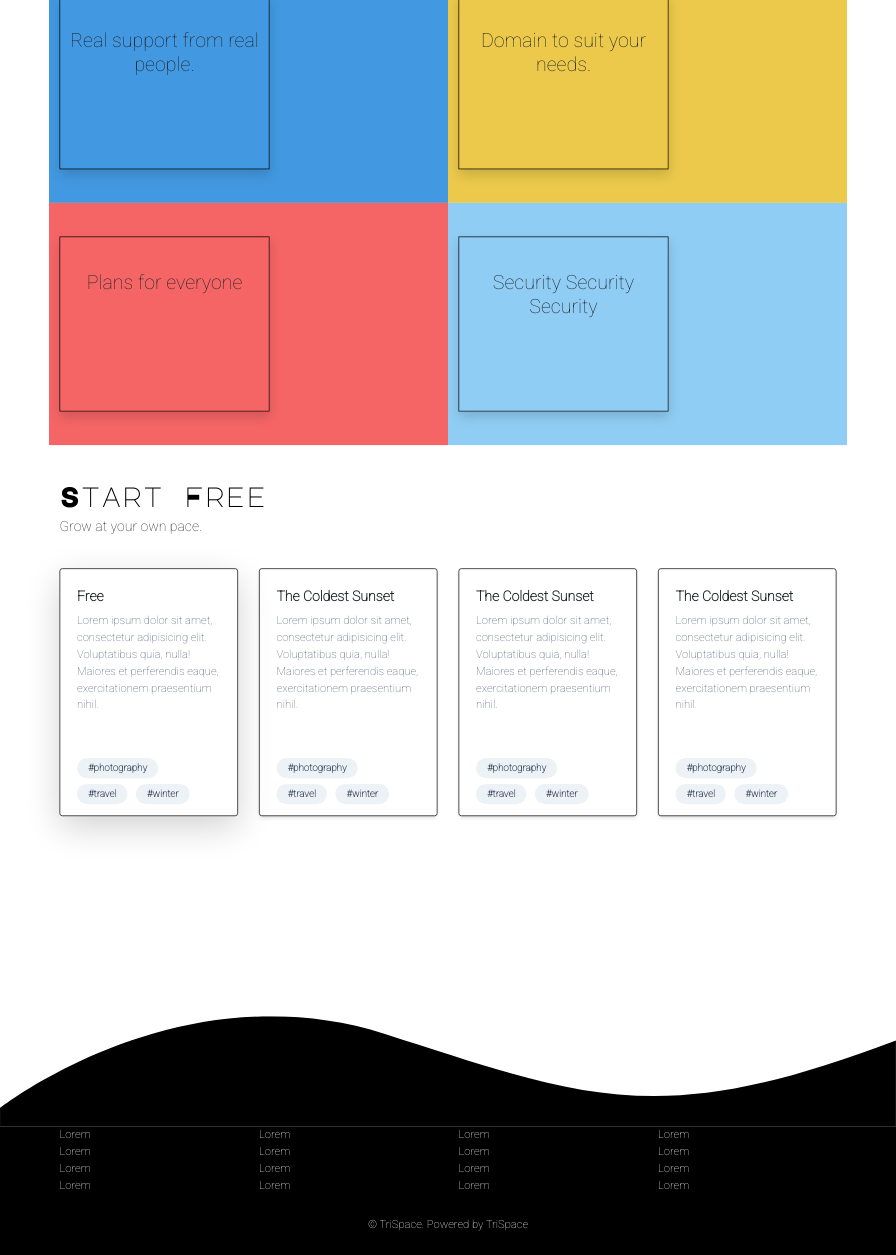
Repository: latenightsnacc/TriSpace
Page: home.html
These files come from the project's save history. The page is drawn as it stood at one moment and after the next save; the edit follows.
The browser window is 1280 px wide. The pictures show the part of the page from y = 3437 to 5357 px (the page is 5230 px tall before and 5357 px after), at 70% of full size.
The style sheet was rebuilt from its Sass, Less or Tailwind sources for each picture, by a compiler version that may differ from the author's.

Above is the page before, as saved 2020-11-20 10:12:26.

### home.html
<!DOCTYPE html>
<html lang="en">
<head>
    <meta charset="UTF-8">
    <meta name="viewport" content="width=device-width, initial-scale=1.0">
    <!--Tailwind CDN-->
    <link rel="stylesheet" href="https://cdnjs.cloudflare.com/ajax/libs/tailwindcss/1.9.6/base.min.css" integrity="sha512-hEjkvMSM0ql6VJcNK0gTmjt9ar8F2yHeBUbJKtyvQhkkbGMhiJ4+MaiB8XxsthLAHJx5vy2I9dN0un8HiWG2LA==" crossorigin="anonymous" />
    <link rel="stylesheet" href="https://cdnjs.cloudflare.com/ajax/libs/tailwindcss/1.9.6/components.min.css" integrity="sha512-TizAONqhvXjEfRPhptSUkZNVU497PzAnXNGNUoeOjeni4dHpJ+ak+ZsyoGna20LH/yg1PvdufN1VbnVQeVDftg==" crossorigin="anonymous" />
    <link rel="stylesheet" href="https://cdnjs.cloudflare.com/ajax/libs/tailwindcss/1.9.6/tailwind.css" integrity="sha512-HY1FOTeAX9idUBWDhVDrBg8QUHBisKVQ4BCVj1jFo5z76mk87w4Rr5YGP8nBkcGmoMzqYvdeXHMOg/olF45z3g==" crossorigin="anonymous" />
    <link rel="stylesheet" href="https://cdnjs.cloudflare.com/ajax/libs/tailwindcss/1.9.6/utilities.min.css" integrity="sha512-0QJfuLKyYJWGB5hKArJW67xqMLDlR8YaLM/ZuW2mRn4NRwHNsGm7UuREc5Fu7jONHyewPKnGODY0N8G+FQbfxg==" crossorigin="anonymous" />
    <!--Bootstrap CDN-->
    <link rel="stylesheet" href="https://cdn.jsdelivr.net/npm/bootstrap@4.5.3/dist/css/bootstrap.min.css" integrity="sha384-TX8t27EcRE3e/ihU7zmQxVncDAy5uIKz4rEkgIXeMed4M0jlfIDPvg6uqKI2xXr2" crossorigin="anonymous">
    <!--Custom Stylesheet-->
    <link rel="stylesheet" href="styles/stylesheet.css">
    <!--Favicon-->
    <link rel="shortcut icon" href="assets/Logo/TriSpaceIcon.png" type="image/x-icon">
    <title>Home</title>
</head>
<body>
    <!--Wrapper-->
    <div class="wrapper mx-auto">
        <!--Navbar-->
        <nav class="navbar navbar-expand-lg navbar-light fixed-top p-3 mb-5 bg-white rounded" id="navbar">
            <div class="container align-middle">
                <a class="navbar-brand" href="index.html">
                    <img src="assets/Logo/TriSpaceMobileLogo1.png" alt="TriSpace Logo" height="40px" width="70px"/>
                </a>
                <button class="navbar-toggler" type="button" data-toggle="collapse" data-target="#navbarNavDropdown" aria-controls="navbarNavDropdown" aria-expanded="false" aria-label="Toggle navigation">
                <span class="navbar-toggler-icon"></span>
                </button>
                <div class="collapse navbar-collapse" id="navbarNavDropdown">
                <ul class="navbar-nav nav-menu ml-auto align-middle">
                    <li class="nav-item active mr-3">
                    <a class="nav-link" href="index.html">Home</a>
                    </li>
                    <li class="nav-item dropdown mr-3">
                        <a class="nav-link dropdown-toggle" href="products.html" id="navbarDropdownMenuLink" role="button" data-toggle="dropdown" aria-haspopup="true" aria-expanded="false">
                        Products
                        </a>
                        <div class="dropdown-menu" aria-labelledby="navbarDropdownMenuLink">
                        <a class="dropdown-item" href="#">Blog</a>
                        <a class="dropdown-item" href="#">Website</a>
                        <a class="dropdown-item" href="#">E-commerce</a>
                        <a class="dropdown-item" href="#">Domain</a>
                        <a class="dropdown-item" href="#">Hosting</a>
                        </div>
                    </li>
                    <li class="nav-item mr-3">
                    <a class="nav-link" href="pricing.html">Pricing</a>
                    </li>
                    <li class="nav-item mr-3">
                        <a class="nav-link" href="#">Login</a>
                    </li>
                    <li class="nav-item mr-3">
                        <a class="nav-link btn blue text-white px-4 py-3 hover:shadow-2xl" href="#">Get Started</a>
                    </li>
                </ul>
                </div>
            </div>
        </nav>
        <!-- End of Navbar-->

        <!--Banner-->
        <div class="min-h-screen  mt-5" id="banner">
            <div class="container">
                <div class="row pt-5">
                    <!--Banner Text-->
                    <div class="col-xs-12 col-s-12 col-md-6 col-lg-6 col-xl-6">
                        <div class="text-box banner-txt">
                            <h1 class="">Grow your business.<br/> Anywhere, anytime.</h1>
                            <h5 class="span-title py-3 text-2l">Get started for free on TriSpace</h5>
                            <button class="bg-black hover:bg-blue-500 text-white font-bold py-3 px-5 rounded">Start</button>
                        </div>
                    </div>
                    <!--Banner Image-->
                    <div class="col-xs-12 col-s-12 col-md-6 col-lg-6 col-xl-6">
                        <a href="#">
                            <img class="banner-img" src="" alt="banner image"/>
                        </a>
                    </div>
                </div>
            </div>
        </div>
        <!--End of Banner-->

        <!--Services-->
        <div class="min-h-screen mt-5 mb-5" id="services">
            <div class="container">
                <div class="absolute-box">
                    <div class="title-box text-center mb-5">
                        <h2 class="section-title pb-5">Start <span class="section-title">website. </span><span class="color">Sell your products.</span><br/><span class="color">Start a blog.</span> </h2>
                    </div>
                    <div class="images">
                        <div class="img-1 ">
                            <a href="#">
                                <img src="assets/Template-1.jpg" alt="Build a website" />
                            </a>
                        </div>
                        <div class="img-2 motion-reduce:animate-bounce">
                            <a href="#">
                                <img src="assets/Template-1.jpg" alt="Build a website" />
                            </a>
                        </div>
                        <div class="img-3">
                            <a href="#">
                                <img src="assets/Template-1.jpg" alt="Build a website" />
                            </a>
                        </div>
                    </div>
                </div>
            </div>
        </div>
        <!--End of Services-->

         <!--Responsive Design-->
        <div class="min-h-screen mt-5 mb-5" id="themes">
            <div class="container">
                <div class="title-box">
                    <h2 class="section-title">Stand Out <span class="text-4xl span-title">with our responsive professionally designed themes.</h2>
                </div>
                <div class="row">
                    <div class="col-xs-12 col-s-12 col-md-6 col-lg-4 col-xl-4">
                        <div class="clear-box"></div>
                    </div>
                    <div class="col-xs-12 col-s-12 col-md-6 col-lg-4 col-xl-4">
                        <div class="clear-box"></div>
                    </div>
                    <div class="col-xs-12 col-s-12 col-md-6 col-lg-4 col-xl-4">
                        <div class="clear-box"></div>
                    </div>
                    <div class="col-xs-12 col-s-12 col-md-6 col-lg-4 col-xl-4 mt-5">
                        <div class="clear-box"></div>
                    </div>
                    <div class="col-xs-12 col-s-12 col-md-6 col-lg-4 col-xl-4 mt-5">
                        <div class="clear-box"></div>
                    </div>
                    <div class="col-xs-12 col-s-12 col-md-6 col-lg-4 col-xl-4 mt-5">
                        <div class="clear-box"></div>
                    </div>
                </div>
            </div>
        </div>
        <!--End of R.D-->

        <!--Templates-->
        <div class="min-h-screen mt-5 mb-5" id="templates">
            <div class="container">
                <div class="title-box mb-5">
                    <h2 class="section-title">Create Simply </h2>
                    <h4 class="section-title">Build any kind of website</h4>
                    <p class="span-title">No code, no limits, no stress.</p>
                </div>
                <div class="row">
                    <div class="col-xs-12 col-s-12 col-md-6 col-lg-6 col-xl-6">
                        <div id="clr1" class="text-center mt-5">
                        </div>
                    </div>
                    <div class="col-xs-12 col-s-12 col-md-6 col-lg-6 col-xl-6">
                        <div class="row flex-wrap">
                            <div class="col-xs-12 col-s-12 col-md-12 col-lg-12 col-xl-12">
                                <div id="clr2" class="mt-5">

                                </div>
                            </div>
                            <div class="col-xs-12 col-s-12 col-md-12 col-lg-12 col-xl-12">
                                <div id="clr3">

                                </div>
                            </div>
                        </div>
                    </div>
                </div>
            </div>
        </div>
        <!--End of Templates-->

        <!--Why TriSpace-->
        <div class="min-h-screen mt-5 mb-5" id="services">
            <div class="container">
                <div class="title-box mb-5">
                    <h2 class="section-title">We've got you covered.</h2>
                    <p>Your website is just the beginning.</p>
                </div>
                <div class="row">
                    <div class="col-xs-12 col-s-12 col-md-6 col-lg-6 col-xl-6 bg-blue-500">
                        <div class="clear-box mt-5 mb-5">
                            <h3 class="text-center pt-5">Real support from real people.</h3>
                        </div>
                    </div>
                    <div class="col-xs-12 col-s-12 col-md-6 col-lg-6 col-xl-6 bg-yellow-500">
                        <div class="clear-box mt-5 mb-5">
                            <h3 class="text-center pt-5">Domain to suit your needs.</h3>
                        </div>
                    </div>
                    <div class="col-xs-12 col-s-12 col-md-6 col-lg-6 col-xl-6 bg-red-500">
                        <div class="clear-box mt-5 mb-5">
                            <h3 class="text-center pt-5">Plans for everyone</h3>
                        </div>
                    </div>
                    <div class="col-xs-12 col-s-12 col-md-6 col-lg-6 col-xl-6 bg-blue-300">
                        <div class="clear-box mt-5 mb-5">
                            <h3 class="text-center pt-5">Security Security Security</h3>
                        </div>
                    </div>
                </div>
            </div>
        </div>
        <!--End of Why TriSpace-->

        <!--Pricing-->
        <div class="min-h-screen mb-5 " id="pricing">
            <div class="container">
                <div class="title-box mb-5">
                    <h2 class="section-title">Start Free </h2>
                    <h5> Grow at your own pace.</h5>
                </div>
                <div class="row">
                    <div class="col-xs-12 col-s-12 col-md-3 col-lg-3 col-xl-3">
                        <div class="max-w-sm rounded overflow-hidden shadow-lg mb-5 border-2 border-blue-400 price-card">
                            <div class="px-6 py-4">
                            <div class="font-bold text-xl mb-2">Free</div>
                            <p class="text-gray-700 text-base">
                                Lorem ipsum dolor sit amet, consectetur adipisicing elit. Voluptatibus quia, nulla! Maiores et perferendis eaque, exercitationem praesentium nihil.
                            </p>
                            </div>
                            <div class="px-6 pt-4 pb-2">
                            <span class="inline-block bg-gray-200 rounded-full px-3 py-1 text-sm font-semibold text-gray-700 mr-2 mb-2">#photography</span>
                            <span class="inline-block bg-gray-200 rounded-full px-3 py-1 text-sm font-semibold text-gray-700 mr-2 mb-2">#travel</span>
                            <span class="inline-block bg-gray-200 rounded-full px-3 py-1 text-sm font-semibold text-gray-700 mr-2 mb-2">#winter</span>
                            </div>
                        </div>
                    </div>
                    <div class="col-xs-12 col-s-12 col-md-3 col-lg-3 col-xl-3">
                        <div class="max-w-sm rounded overflow-hidden shadow-md mb-5 border-2 border-blue-400 price-card transition ease-out duration-700 ...">
                            <div class="px-6 py-4">
                            <div class="font-bold text-xl mb-2">The Coldest Sunset</div>
                            <p class="text-gray-700 text-base">
                                Lorem ipsum dolor sit amet, consectetur adipisicing elit. Voluptatibus quia, nulla! Maiores et perferendis eaque, exercitationem praesentium nihil.
                            </p>
                            </div>
                            <div class="px-6 pt-4 pb-2">
                            <span class="inline-block bg-gray-200 rounded-full px-3 py-1 text-sm font-semibold text-gray-700 mr-2 mb-2">#photography</span>
                            <span class="inline-block bg-gray-200 rounded-full px-3 py-1 text-sm font-semibold text-gray-700 mr-2 mb-2">#travel</span>
                            <span class="inline-block bg-gray-200 rounded-full px-3 py-1 text-sm font-semibold text-gray-700 mr-2 mb-2">#winter</span>
                            </div>
                        </div>
                    </div>
                    <div class="col-xs-12 col-s-12 col-md-3 col-lg-3 col-xl-3">
                        <div class="max-w-sm rounded overflow-hidden shadow-md mb-5 border-2 border-blue-400 price-card" >
                            <div class="px-6 py-4">
                            <div class="font-bold text-xl mb-2">The Coldest Sunset</div>
                            <p class="text-gray-700 text-base">
                                Lorem ipsum dolor sit amet, consectetur adipisicing elit. Voluptatibus quia, nulla! Maiores et perferendis eaque, exercitationem praesentium nihil.
                            </p>
                            </div>
                            <div class="px-6 pt-4 pb-2">
                            <span class="inline-block bg-gray-200 rounded-full px-3 py-1 text-sm font-semibold text-gray-700 mr-2 mb-2">#photography</span>
                            <span class="inline-block bg-gray-200 rounded-full px-3 py-1 text-sm font-semibold text-gray-700 mr-2 mb-2">#travel</span>
                            <span class="inline-block bg-gray-200 rounded-full px-3 py-1 text-sm font-semibold text-gray-700 mr-2 mb-2">#winter</span>
                            </div>
                        </div>
                    </div>
                    <div class="col-xs-12 col-s-12 col-md-3 col-lg-3 col-xl-3">
                        <div class="max-w-sm rounded overflow-hidden shadow-md price-card">
                            <div class="px-6 py-4">
                            <div class="font-bold text-xl mb-2">The Coldest Sunset</div>
                            <p class="text-gray-700 text-base">
                                Lorem ipsum dolor sit amet, consectetur adipisicing elit. Voluptatibus quia, nulla! Maiores et perferendis eaque, exercitationem praesentium nihil.
                            </p>
                            </div>
                            <div class="px-6 pt-4 pb-2">
                            <span class="inline-block bg-gray-200 rounded-full px-3 py-1 text-sm font-semibold text-gray-700 mr-2 mb-2">#photography</span>
                            <span class="inline-block bg-gray-200 rounded-full px-3 py-1 text-sm font-semibold text-gray-700 mr-2 mb-2">#travel</span>
                            <span class="inline-block bg-gray-200 rounded-full px-3 py-1 text-sm font-semibold text-gray-700 mr-2 mb-2">#winter</span>
                            </div>
                        </div>
                    </div>
                </div>
            </div>
        </div>
        <!--End of Pricing-->

        <!--SVG BACKGROUND-->
        <svg id="curve" data-name=" Layer 1" xmlns="https://www.w3.org/2000/svg" viewBox= "0 0 1416.99 174.01">
            <defs>
                <style>
                    .cls-1{fill: #000;}
                </style>
            </defs>
            <title>Wavy Background</title>
            <path class="cls-1" d="M0,280.8S283.66,59,608.94,163.56s437.93,150.57,808,10.34V309.54H0V280.8Z" transform="translate(0 -135.53)"/>
        </svg>
        <!--End of SVG-->

        <!--Footer-->
        <div class="footer wavy mx-auto">
            <div class="container">
                <div class="row ">
                    <div class="col-xs-6 col-sm-6 col-md-3 col-lg-3 col-xl-3">
                        <ul class="footer-menu">
                            <li>
                                <a href="#" class="text-white footer-link">Lorem</a>
                            </li>
                            <li>
                                <a href="#" class="text-white footer-link">Lorem</a>
                            </li>
                            <li>
                                <a href="#" class="text-white footer-link">Lorem</a>
                            </li>
                            <li>
                                <a href="#" class="text-white footer-link">Lorem</a>
                            </li>
                        </ul>
                    </div>
                    <div class="col-xs-6 col-sm-6 col-md-3 col-lg-3 col-xl-3">
                        <ul class="footer-menu">
                            <li>
                                <a href="#" class="text-white footer-link">Lorem</a>
                            </li>
                            <li>
                                <a href="#" class="text-white footer-link">Lorem</a>
                            </li>
                            <li>
                                <a href="#" class="text-white footer-link">Lorem</a>
                            </li>
                            <li>
                                <a href="#" class="text-white footer-link">Lorem</a>
                            </li>
                        </ul>
                    </div>
                    <div class="col-xs-6 col-sm-6 col-md-3 col-lg-3 col-xl-3">
                        <ul class="footer-menu">
                            <li>
                                <a href="#" class="text-white footer-link">Lorem</a>
                            </li>
                            <li>
                                <a href="#" class="text-white footer-link">Lorem</a>
                            </li>
                            <li>
                                <a href="#" class="text-white footer-link">Lorem</a>
                            </li>
                            <li>
                                <a href="#" class="text-white footer-link">Lorem</a>
                            </li>
                        </ul>
                    </div>
                    <div class="col-xs-6 col-sm-6 col-md-3 col-lg-3 col-xl-3">
                        <ul class="footer-menu">
                            <li>
                                <a href="#" class="text-white footer-link">Lorem</a>
                            </li>
                            <li>
                                <a href="#" class="text-white footer-link">Lorem</a>
                            </li>
                            <li>
                                <a href="#" class="text-white footer-link">Lorem</a>
                            </li>
                            <li>
                                <a href="#" class="text-white footer-link">Lorem</a>
                            </li>
                        </ul>
                    </div>
                </div>
                <p class="text-center text-white py-3">&copy; TriSpace. Powered by TriSpace</p>
            </div>
        </div>
    </div>
    <!--Bootstrap Scripts-->
    <script src="https://code.jquery.com/jquery-3.5.1.slim.min.js" integrity="sha384-DfXdz2htPH0lsSSs5nCTpuj/zy4C+OGpamoFVy38MVBnE+IbbVYUew+OrCXaRkfj" crossorigin="anonymous"></script>
    <script src="https://cdn.jsdelivr.net/npm/popper.js@1.16.1/dist/umd/popper.min.js" integrity="sha384-9/reFTGAW83EW2RDu2S0VKaIzap3H66lZH81PoYlFhbGU+6BZp6G7niu735Sk7lN" crossorigin="anonymous"></script>
    <script src="https://cdn.jsdelivr.net/npm/bootstrap@4.5.3/dist/js/bootstrap.min.js" integrity="sha384-w1Q4orYjBQndcko6MimVbzY0tgp4pWB4lZ7lr30WKz0vr/aWKhXdBNmNb5D92v7s" crossorigin="anonymous"></script>
    <script src="js/main.js"></script>
</body>

### styles/_variables.scss
@import url('https://fonts.googleapis.com/css2?family=Chewy&display=swap');
@import url('https://fonts.googleapis.com/css2?family=Major+Mono+Display&display=swap');
@import url('https://fonts.googleapis.com/css2?family=Roboto:wght@100&display=swap');
$font: -apple-system, BlinkMacSystemFont, 'Segoe UI', Roboto, Oxygen, Ubuntu, Cantarell, 'Open Sans', 'Helvetica Neue', sans-serif;
$FONT1: 'Chewy', cursive;
$font2: 'Major Mono Display', monospace;
$font3: 'Roboto', sans-serif;
$primary: #fff;
$darkB: #02081d;
$lightB: #cce1ea;
//$blue: #0263e4;
$blue: black;
$red: #ca1b11;
$yellow : yellow;
$dB: #081a5a;

Loaded but not shown: js/main.js (30 lines, source omitted); styles/stylesheet.scss (188 lines, source omitted)

After the next save:
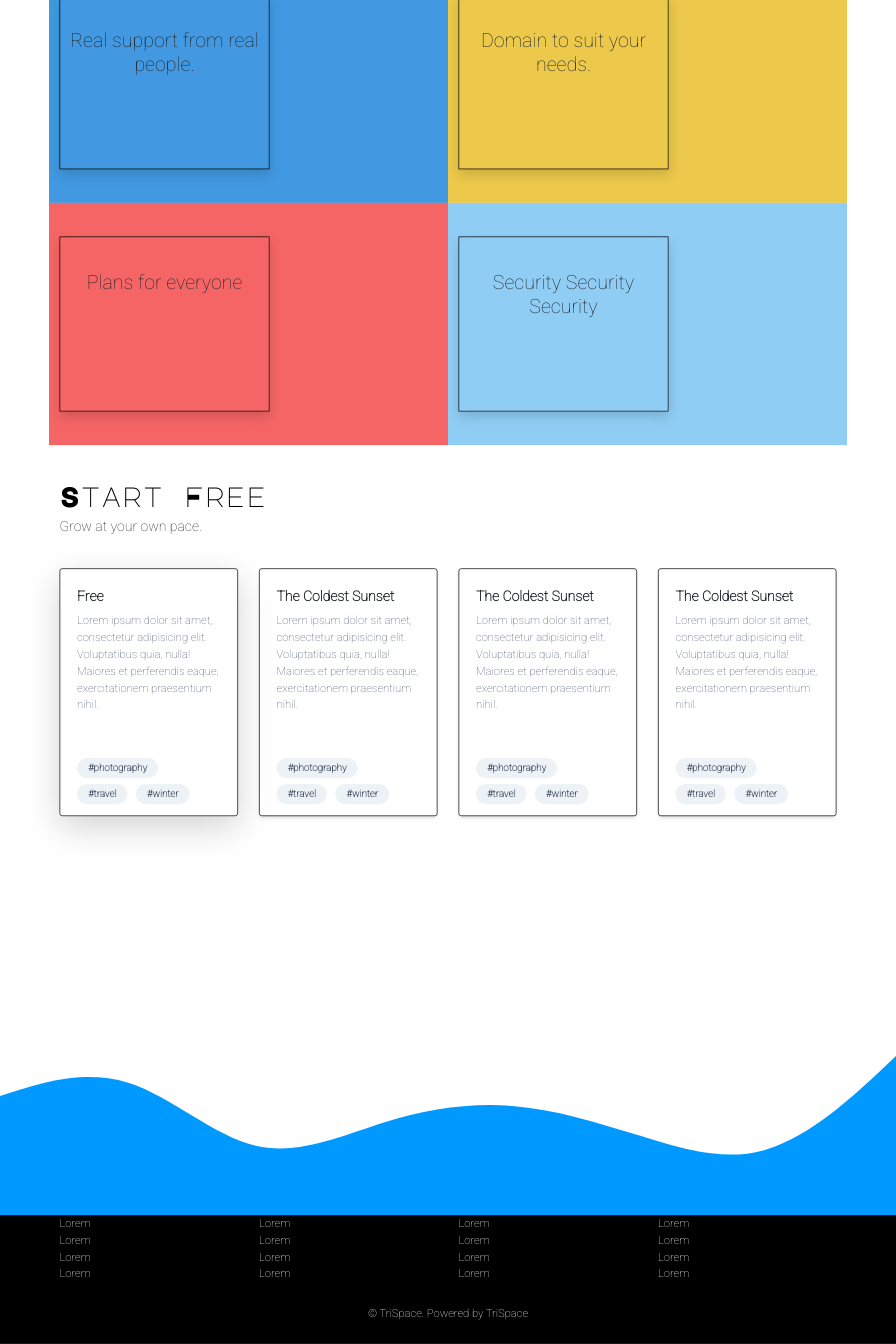
Saved 4 min 10 s later.
--- a/home.html
+++ b/home.html
@@ -281,15 +281,7 @@
         <!--End of Pricing-->
 
         <!--SVG BACKGROUND-->
-        <svg id="curve" data-name=" Layer 1" xmlns="https://www.w3.org/2000/svg" viewBox= "0 0 1416.99 174.01">
-            <defs>
-                <style>
-                    .cls-1{fill: #000;}
-                </style>
-            </defs>
-            <title>Wavy Background</title>
-            <path class="cls-1" d="M0,280.8S283.66,59,608.94,163.56s437.93,150.57,808,10.34V309.54H0V280.8Z" transform="translate(0 -135.53)"/>
-        </svg>
+        <svg xmlns="http://www.w3.org/2000/svg" viewBox="0 0 1440 320"><path fill="#0099ff" fill-opacity="1" d="M0,128L34.3,117.3C68.6,107,137,85,206,106.7C274.3,128,343,192,411,208C480,224,549,192,617,170.7C685.7,149,754,139,823,144C891.4,149,960,171,1029,192C1097.1,213,1166,235,1234,213.3C1302.9,192,1371,128,1406,96L1440,64L1440,320L1405.7,320C1371.4,320,1303,320,1234,320C1165.7,320,1097,320,1029,320C960,320,891,320,823,320C754.3,320,686,320,617,320C548.6,320,480,320,411,320C342.9,320,274,320,206,320C137.1,320,69,320,34,320L0,320Z"></path></svg>
         <!--End of SVG-->
 
         <!--Footer-->
